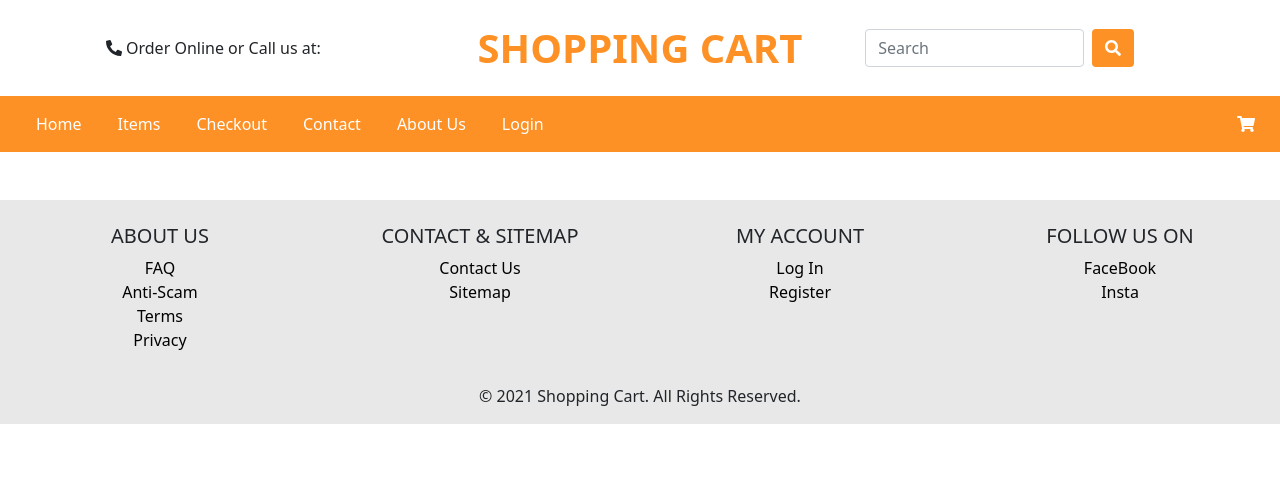
Repository: SaudCh/React-Ecommerce
Page: /checkout
The author's editor kept a copy of each file at every save. The page is drawn from the files as they stood at one save, then again after the next save.
The browser window is 1280 px wide. The pictures show the whole page.
The project was rebuilt for these pictures with package versions that can differ from the ones it lists, and the page was loaded fresh each time. Also part of the build but not shown: src/App.css, src/Home/Carousel.jsx, src/data/items.js, src/data/discounted.js, src/Home/Card.jsx, src/Home/home.jsx, src/Login/Login.jsx, src/Register/register.jsx and 5 more.

Above is the page before, as saved 2021-12-27 21:34:12.

After the next save:
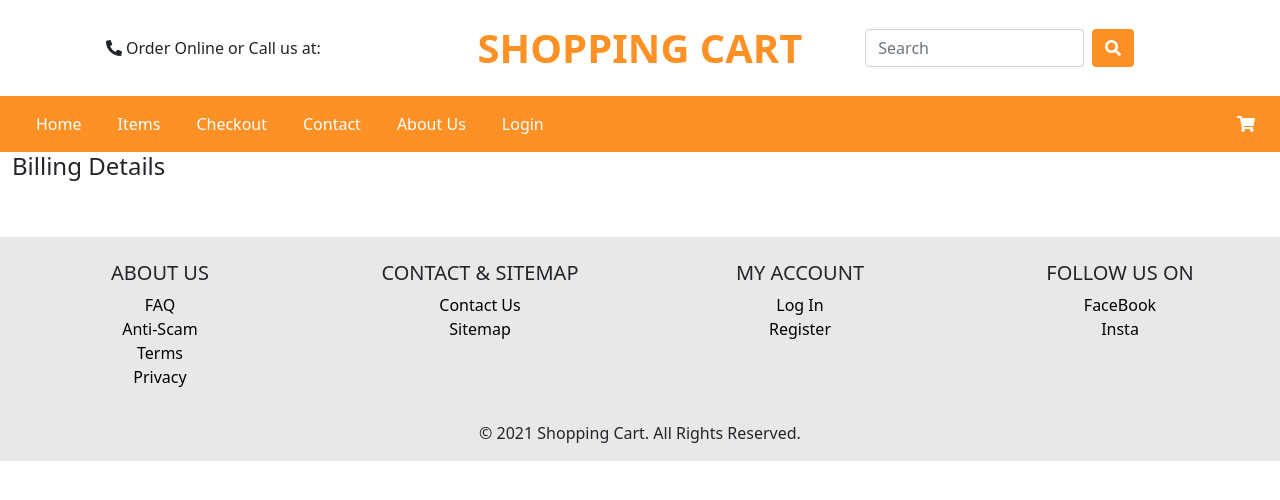
Saved 23 s later.
--- a/src/CheckOut/CheckOut.jsx
+++ b/src/CheckOut/CheckOut.jsx
@@ -4,7 +4,9 @@ export default function CheckOut() {
   return (
     <div className="container-fluid">
       <div className="row">
-        <div className="col-6"></div>
+        <div className="col-6">
+          <h4>Billing Details</h4>
+        </div>
         <div className="col-6"></div>
       </div>
     </div>
